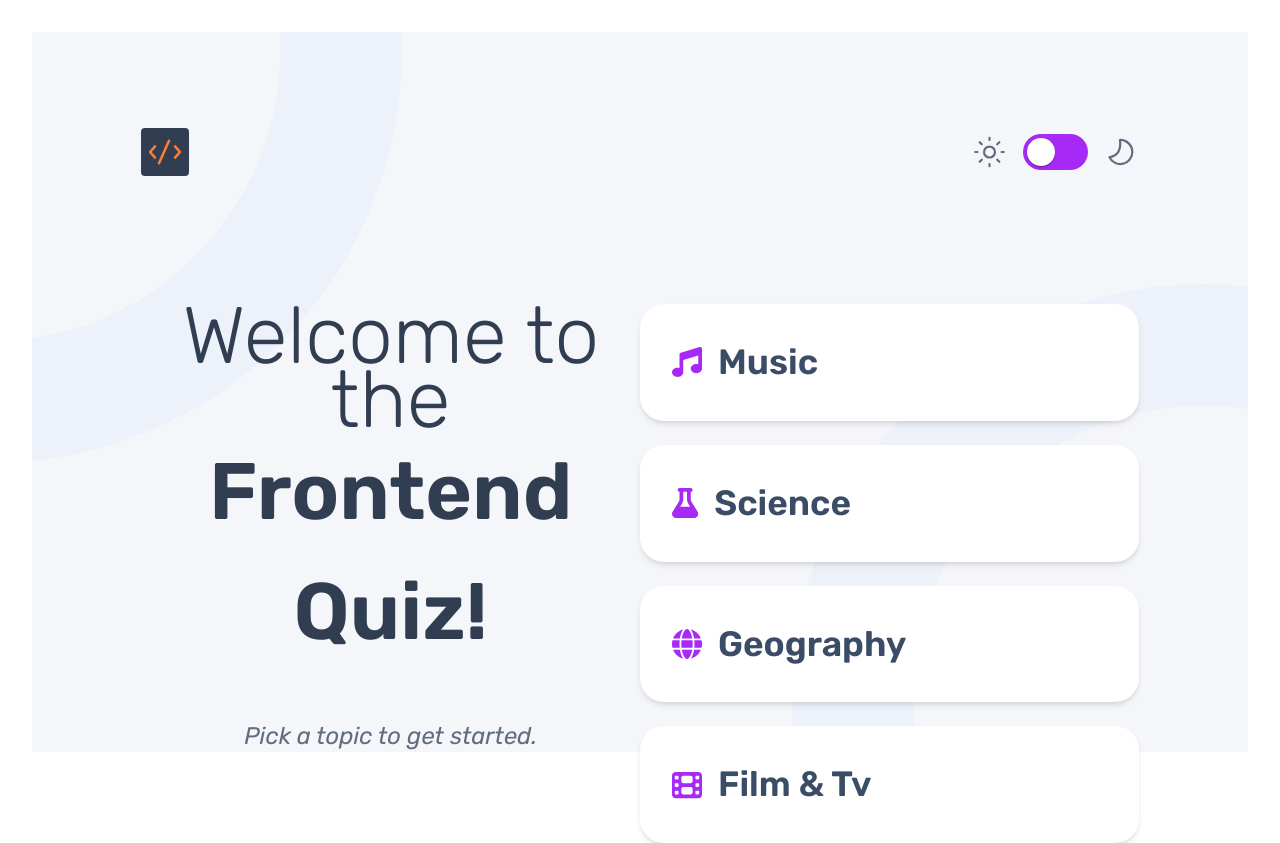
Repository: Shenixo/QuizApp
Page: /
The author's editor kept a copy of each file at every save. The page is drawn from the files as they stood at one save, then again after the next save.
The browser window is 1280 px wide. The pictures show the whole page.
The project was rebuilt for these pictures with package versions that can differ from the ones it lists, and the page was loaded fresh each time. Also part of the build but not shown: vite.config.js.

Above is the page before, as saved 2025-03-31 14:46:11.

### index.html
<!doctype html>
<html lang="en">
  <head>
    <meta charset="UTF-8" />
    <link rel="icon" type="image/svg+xml" href="/vite.svg" />
    <meta name="viewport" content="width=device-width, initial-scale=1.0" />
    <link rel="preconnect" href="https://fonts.googleapis.com">
<link rel="preconnect" href="https://fonts.gstatic.com" crossorigin>
<link href="https://fonts.googleapis.com/css2?family=Rubik:ital,wght@0,300..900;1,300..900&display=swap" rel="stylesheet">
    <title>Quiz App</title>
  </head>
  <body>
    <div id="root"></div>
    <script type="module" src="/src/main.jsx"></script>
  </body>
</html>

### src/main.jsx
import { StrictMode } from "react";
import { createRoot } from "react-dom/client";
import "./index.css";
import App from "./App.jsx";
import Context from "./Store/Context.jsx";

createRoot(document.getElementById("root")).render(
  <StrictMode>
    <Context>
      <App />
    </Context>
  </StrictMode>
);

### src/index.css
@tailwind base;
@tailwind components;
@tailwind utilities;

*{
    padding: 0;
    margin: 0;
    box-sizing: border-box;
    font-family: "Rubik", sans-serif;
}
.dark{
    background: red;
}

### src/App.jsx
import './App.css'
import Home from './Components/Home/Home'
import { useAppContext } from './Store/Context'

function App() {
  const {isDarkMode} = useAppContext()
  return (
    <div  className={`relative min-h-screen bg-cover bg-center bg-no-repeat w-full transition-all duration-500 ease-in-out ${isDarkMode ? "bg-[#313e51]" : "bg-[#f4f6fa]"} ${
      isDarkMode
        ? "bg-[url('/pattern-background-desktop-dark.svg')]"
        : "bg-[url('/pattern-background-desktop-light.svg')]"
    }`}>
    <Home/>
    </div>
  )
}

export default App

### src/Store/Context.jsx
import React from "react";
const AppContext = React.createContext({
    isDarkMode: false,
    toggleTheme: () => {}
});
const Context = ({ children }) => {
  const [isDarkMode, setIsDarkMode] = React.useState(false);
  const toggleTheme = () => {
    setIsDarkMode((pv) => !pv);
  };
  const ctxValue = {
    isDarkMode,
    toggleTheme,
  };
  return (
    <AppContext.Provider value={ctxValue}>
      {" "}
     <div>{children}</div>
    </AppContext.Provider>
  );
};

export default Context;

export function useAppContext() {
  const context = React.useContext(AppContext);
  if (!context) throw new Error("Context must be used between the provider");
  return context;
}

### src/Components/Home/Home.jsx
import React from "react";
import pattern from "/pattern-background-desktop-dark.svg";
import Navbar from "../Navbar/Navbar";
import { useAppContext } from "../../Store/Context";
import Option from "../Option/Option";
const Home = () => {
  const {isDarkMode} = useAppContext()
  return (
    <div className="w-[82%] mx-auto placeholder-stone-200 pt-24 h-[100vh]">
      <Navbar />
      <div className="mb-32"/>
      <div className="grid grid-cols-cols w-full">
      <div>
          <h1 className={ ` ${isDarkMode ? "text-white" : "text-primary"} transition-all duration-500 ease-in-out font-thin text-[5rem] leading-[4rem] `}>Welcome to the</h1>
          <h1 className={`${isDarkMode ? "text-white" : "text-primary"} transition-all duration-500 ease-in-out  text-[5rem] font-semibold`}>Frontend Quiz!</h1>

          <p className="text-[#626c7f] text-2xl mt-12"><i>Pick a topic to get started.</i></p>

      </div>
        <div>
         <Option/>
      </div>

      </div>
    </div>
  );
};

export default Home;

### src/Components/Navbar/Navbar.jsx
import { styled, Switch } from "@mui/material";
import { useAppContext } from "../../Store/Context";

const Navbar = () => {

  const {isDarkMode, toggleTheme} = useAppContext()
  return (
    <nav className="flex justify-between w-full items-center">
      <div className="flex items-center gap-4">
        <div className="bg-primary rounded p-1">
          <img src="/icon-html.svg" alt="html icon" />
        </div>
      </div>
      <div className="flex gap-4">
        <img
          className="transition-all duration-all ease-in-out"
          src={`/icon-sun-${isDarkMode ? "light" : "dark"}.svg`}
          alt="Dark moon icon"
          width={35}
          height={35}
        />
        <CustomSwitch onChange={toggleTheme} />
        <img
           className="transition-all duration-all ease-in-out"
          src={`/icon-moon-${isDarkMode ? "light" : "dark"}.svg`}
          alt="Dark moon icon"
          width={35}
          height={35}
        />
      </div>
    </nav>
  );
};

export default Navbar;

const CustomSwitch =styled((props) => (
  <Switch  focusVisibleClassName=".Mui-focusVisible"  {...props} />
))(({ theme }) => ({
  width: 65,
  height: 36,
  padding: 0,
  "& .MuiSwitch-switchBase": {
    padding: 1,
    margin: 3,
    transitionDuration: "300ms",
    "&.Mui-checked": {
      transform: "translateX(28px)",
      color: "#fff",
      "& + .MuiSwitch-track": {
        backgroundColor: "#a729f5",
        opacity: 1,
        border: 0,
      },
    },
    "&.Mui-focusVisible .MuiSwitch-thumb": {
      color: "#a729f5",
      border: "8px solid #fff",
    },
    "&.Mui-disabled .MuiSwitch-thumb": {
      color: "#a729f5",
    },
    "&.Mui-disabled + .MuiSwitch-track": {
      opacity: 0.7,
    },
  },
  "& .MuiSwitch-thumb": {
    boxSizing: "border-box",
    width: 28,
    height: 28,
  },
  "& .MuiSwitch-track": {
    borderRadius: 46 / 2,
    backgroundColor: "#a729f5",
    opacity: 1,
    transition: theme.transitions.create(["background-color"], {
      duration: 500,
    }),
  },
}));

### src/Components/Option/Option.jsx
import React from "react";
import { useAppContext } from "../../Store/Context";
import { FontAwesomeIcon } from "@fortawesome/react-fontawesome";
import { faMusic, faFlask, faGlobe, faFilm } from "@fortawesome/free-solid-svg-icons";

const options = [
  { icon: faMusic, option: "music" },
  { icon: faFlask, option: "science" },
  { icon: faGlobe, option: "geography" },
  { icon: faFilm, option: "film & tv" },
];

const Option = () => {
  const { isDarkMode } = useAppContext();
  return (
    <ul className="flex gap-6 flex-col">
      {options.map(({ icon, option }, idx) => (
        <li
          key={idx}
          className={`
            ${isDarkMode ? "bg-[#3b4d66] text-white" : "bg-white text-[#3b4d66]"}
            transition-all duration-500 ease-in-out shadow-md shadow-[rgba(0,0,0,0.1)]
            p-8 rounded-[1.5rem] cursor-pointer capitalize text-[2.2rem] font-semibold flex items-center gap-4
          `}
        >
          <FontAwesomeIcon icon={icon} className="text-3xl text-[#a729f5]" />
          {option}
        </li>
      ))}
    </ul>
  );
};

export default Option;

### tailwind.config.js
/** @type {import('tailwindcss').Config} */
export default {
  content: [
    "./index.html",
    "./src/**/*.{js,ts,jsx,tsx}",
  ],
  theme: {
    extend: {
      gridTemplateColumns: {
        cols: "1fr 1fr"
      },
      colors: {
        primary: "#313e51",
      }
    },
  },
  plugins: [],
}

Loaded but not shown: src/App.css (common file)

After the next save:
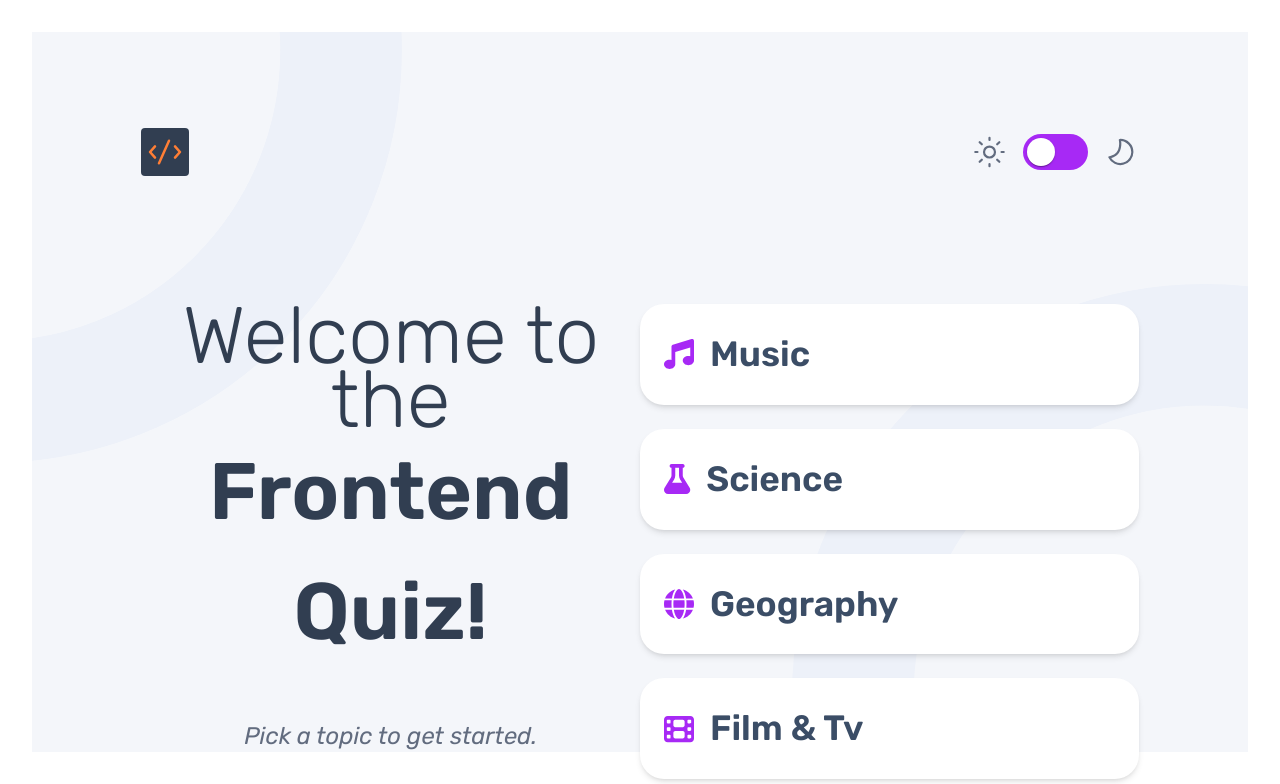
Saved 65 s later.
--- a/src/Components/Option/Option.jsx
+++ b/src/Components/Option/Option.jsx
@@ -20,7 +20,7 @@ const Option = () => {
           className={`
             ${isDarkMode ? "bg-[#3b4d66] text-white" : "bg-white text-[#3b4d66]"}
             transition-all duration-500 ease-in-out shadow-md shadow-[rgba(0,0,0,0.1)]
-            p-8 rounded-[1.5rem] cursor-pointer capitalize text-[2.2rem] font-semibold flex items-center gap-4
+            p-6 rounded-[1.5rem] cursor-pointer capitalize text-[2.2rem] font-semibold flex items-center gap-4
           `}
         >
           <FontAwesomeIcon icon={icon} className="text-3xl text-[#a729f5]" />
